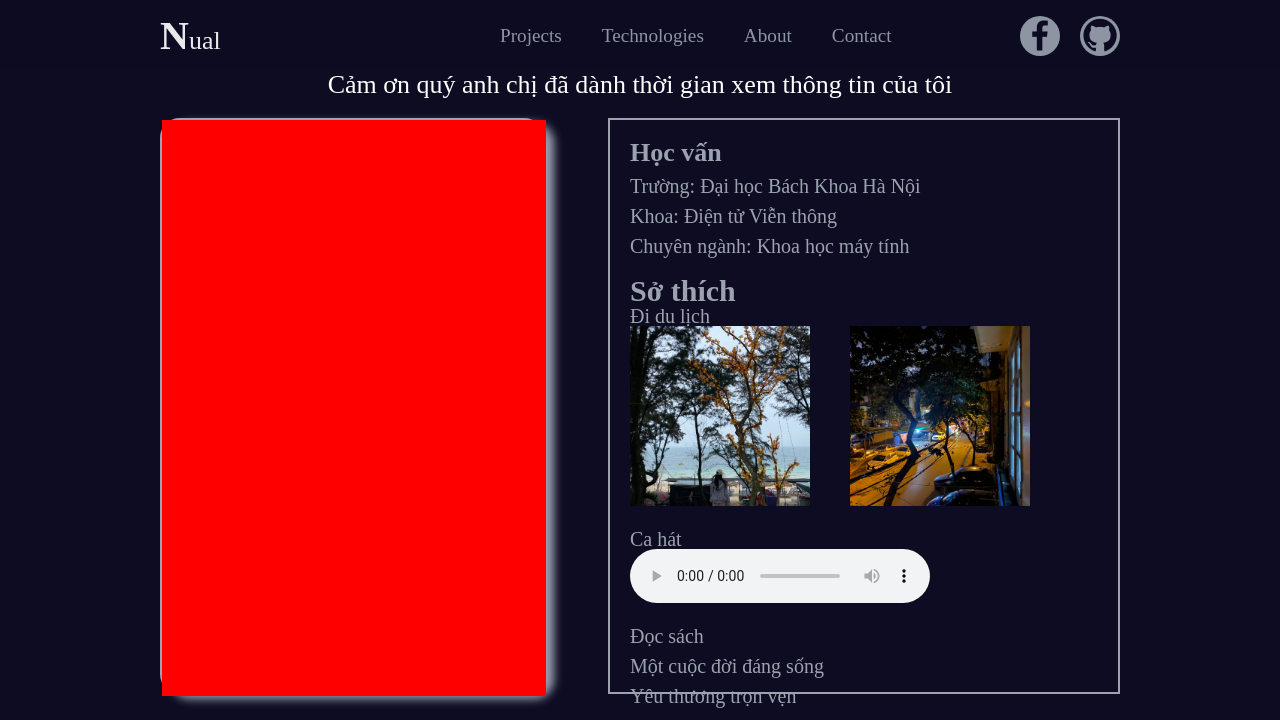
Repository: luanhoang0902/profile-react
Page: /
An editor plug-in stored every save of this project. The page is shown before and after the next save, followed by the edit.
The browser window is 1280 px wide. The pictures show the whole page.
The project was rebuilt for these pictures with package versions that can differ from the ones it lists, and the page was loaded fresh each time. Also part of the build but not shown: src/css/Projects.css, src/features/Projects.jsx, src/css/Technologies.css, src/features/Technologies.jsx, src/css/About.css, src/features/About.jsx, src/css/Contact.css, src/features/Contact.jsx.

Above is the page before, as saved 2022-05-22 20:15:37.

After the next save:
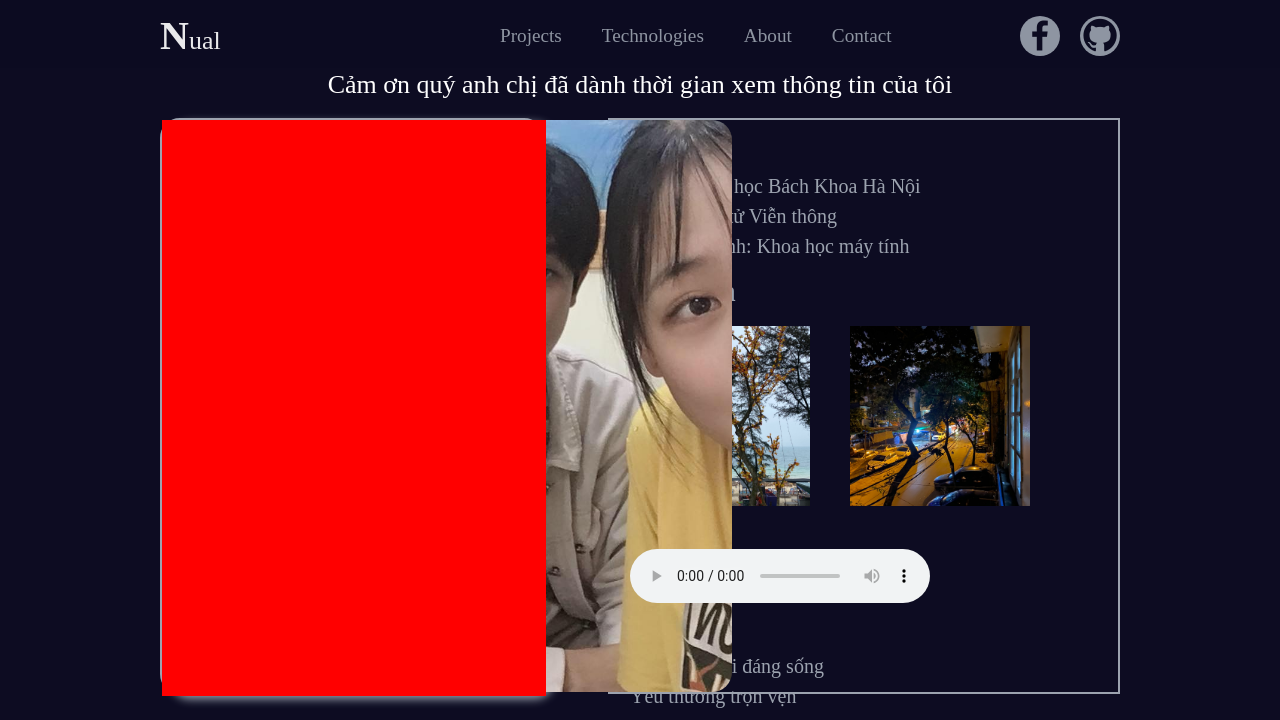
Saved 44 s later.
--- a/src/css/Home.css
+++ b/src/css/Home.css
@@ -30,6 +30,13 @@
     border-radius: 20px;
     object-fit: cover;
     transition: all 0.5s ease-in-out;
+}
+.home-image img, .ok {
+    position: absolute;
+    width: 100%;
+    height: 100%;
+    -webkit-backface-visibility: hidden;
+    backface-visibility: hidden;
 }
 .ok{
     position: absolute;
